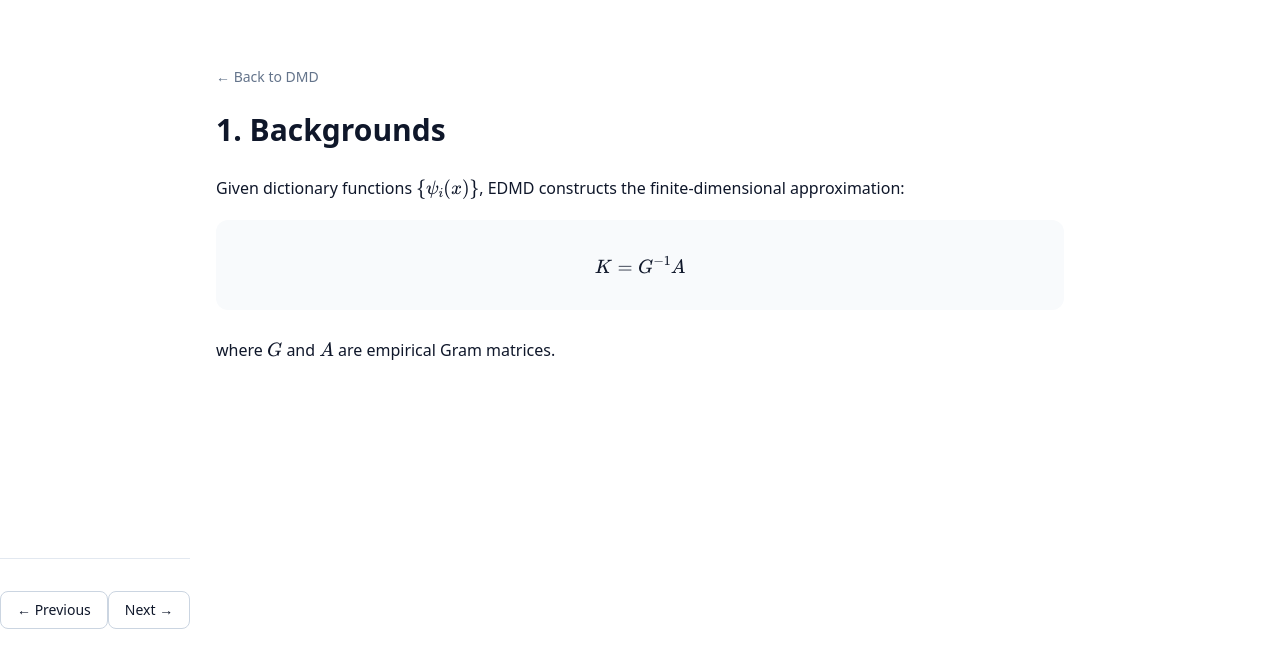
Repository: JWS625/JWS625.github.io
Page: notes/modal_analysis/01_background.html
These files come from the project's save history. The page is drawn as it stood at one moment and after the next save; the edit follows.
The browser window is 1280 px wide. The pictures show the whole page.
Some web libraries are served in a nearby version.

Above is the page before, as saved 2026-02-20 18:04:03.

### notes/modal_analysis/01_background.html
<!doctype html>
<html>
<head>
<meta charset="utf-8">
<title>Backgrounds of Modal Analysis | Research Notes</title>
<script src="https://cdn.tailwindcss.com"></script>

<script>
window.MathJax = {
  tex: { inlineMath: [['$', '$'], ['\\(', '\\)']] }
};
</script>
<script src="https://cdn.jsdelivr.net/npm/mathjax@3/es5/tex-mml-chtml.js"></script>
</head>

<body class="bg-white text-slate-900">
<div class="max-w-4xl mx-auto px-6 py-16">

<a href="index.html" class="text-sm text-slate-500 hover:text-black">
← Back to DMD
</a>

<h1 class="text-3xl font-semibold mt-6">
1. Backgrounds
</h1>

<p class="mt-6 leading-8">
Given dictionary functions $\{\psi_i(x)\}$, EDMD constructs
the finite-dimensional approximation:
</p>

<div class="bg-slate-50 p-4 rounded-xl mt-4">
$$
K = G^{-1} A
$$
</div>

<p class="mt-6 leading-8">
where $G$ and $A$ are empirical Gram matrices.
</p>

</div>
<div class="mt-16 flex justify-between items-center text-sm">

  <div class="mt-16 pt-8 border-t border-slate-200">
  <div class="flex justify-between items-center max-w-2xl mx-auto text-sm">
    <a href="02_modal_analysis.html"
       class="px-4 py-2 rounded-lg border border-slate-300 hover:bg-slate-50">
       ← Previous
    </a>

    <a href="04_kdmd.html"
       class="px-4 py-2 rounded-lg border border-slate-300 hover:bg-slate-50">
       Next →
    </a>
  </div>
</div>
</div>
</body>
</html>

After the next save:
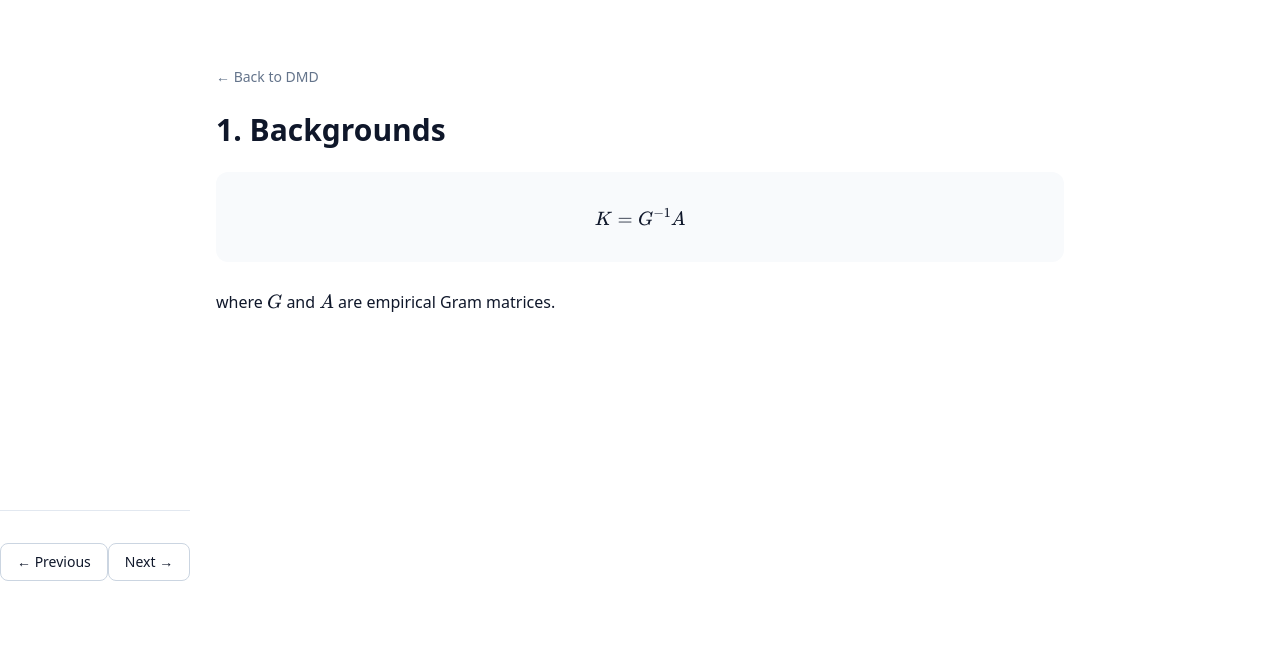
Saved 29 s later.
--- a/notes/modal_analysis/01_background.html
+++ b/notes/modal_analysis/01_background.html
@@ -25,8 +25,7 @@ window.MathJax = {
 </h1>
 
 <p class="mt-6 leading-8">
-Given dictionary functions $\{\psi_i(x)\}$, EDMD constructs
-the finite-dimensional approximation:
+
 </p>
 
 <div class="bg-slate-50 p-4 rounded-xl mt-4">
